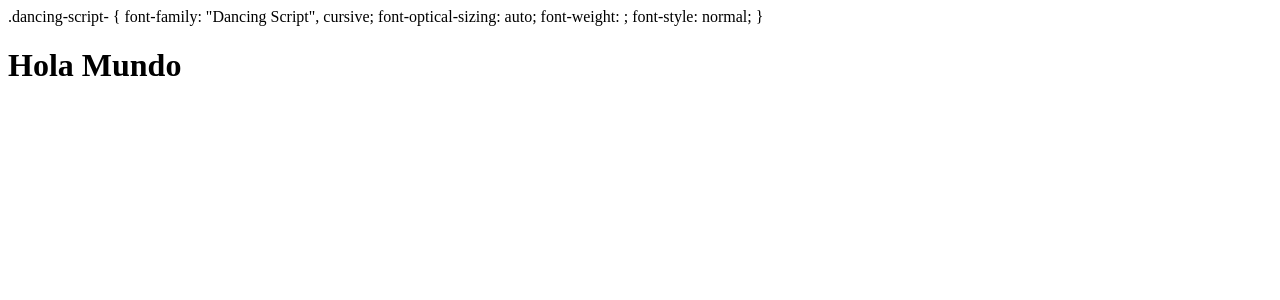
Repository: Carlos-Mar14/TereMac
Page: holamundo/src/main/webapp/inicio.html
The author's editor kept a copy of each file at every save. The page is drawn from the files as they stood at one save, then again after the next save.
The browser window is 1280 px wide. The pictures show the whole page.

Above is the page before, as saved 2024-06-05 14:13:43.

### holamundo/src/main/webapp/inicio.html
<!DOCTYPE html>
<html>
<head>
<meta charset="UTF-8">

.dancing-script-<uniquifier> {
  font-family: "Dancing Script", cursive;
  font-optical-sizing: auto;
  font-weight: <weight>;
  font-style: normal;
}

<title>Bienvenidos</title>
</head>
<body>
	<h1>Hola Mundo</h1>

</body>
</html>

After the next save:
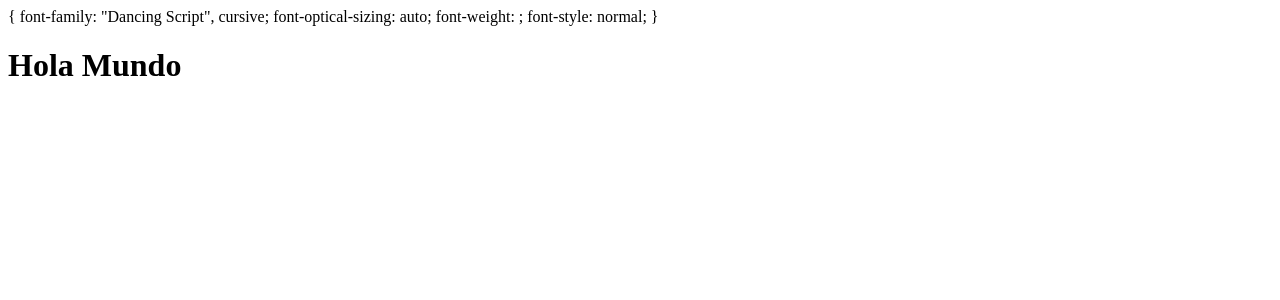
Saved 18 s later.
--- a/holamundo/src/main/webapp/inicio.html
+++ b/holamundo/src/main/webapp/inicio.html
@@ -3,7 +3,7 @@
 <head>
 <meta charset="UTF-8">
 
-.dancing-script-<uniquifier> {
+<uniquifier> {
   font-family: "Dancing Script", cursive;
   font-optical-sizing: auto;
   font-weight: <weight>;
